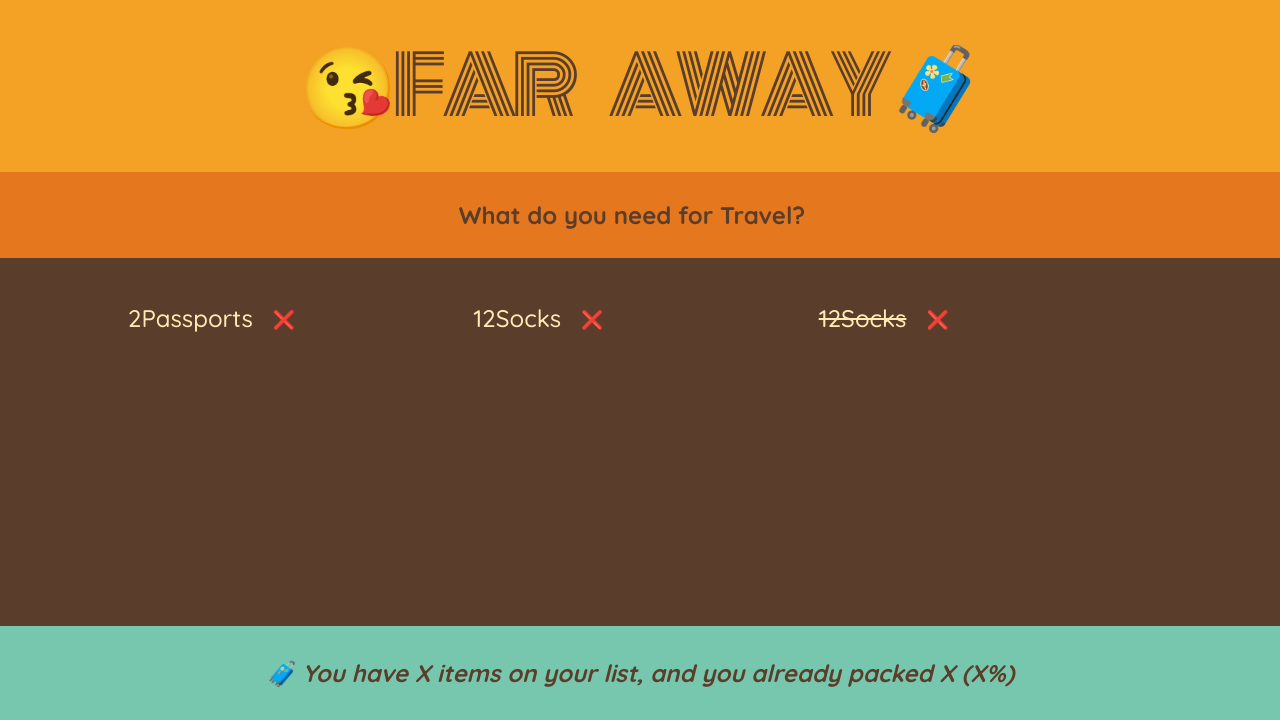
Repository: masamichan/Travel-list
Page: /
An editor plug-in stored every save of this project. The page is shown before and after the next save, followed by the edit.
The browser window is 1280 px wide. The pictures show the whole page.
The project was rebuilt for these pictures with package versions that can differ from the ones it lists, and the page was loaded fresh each time.

Above is the page before, as saved 2024-01-02 08:26:40.

After the next save:
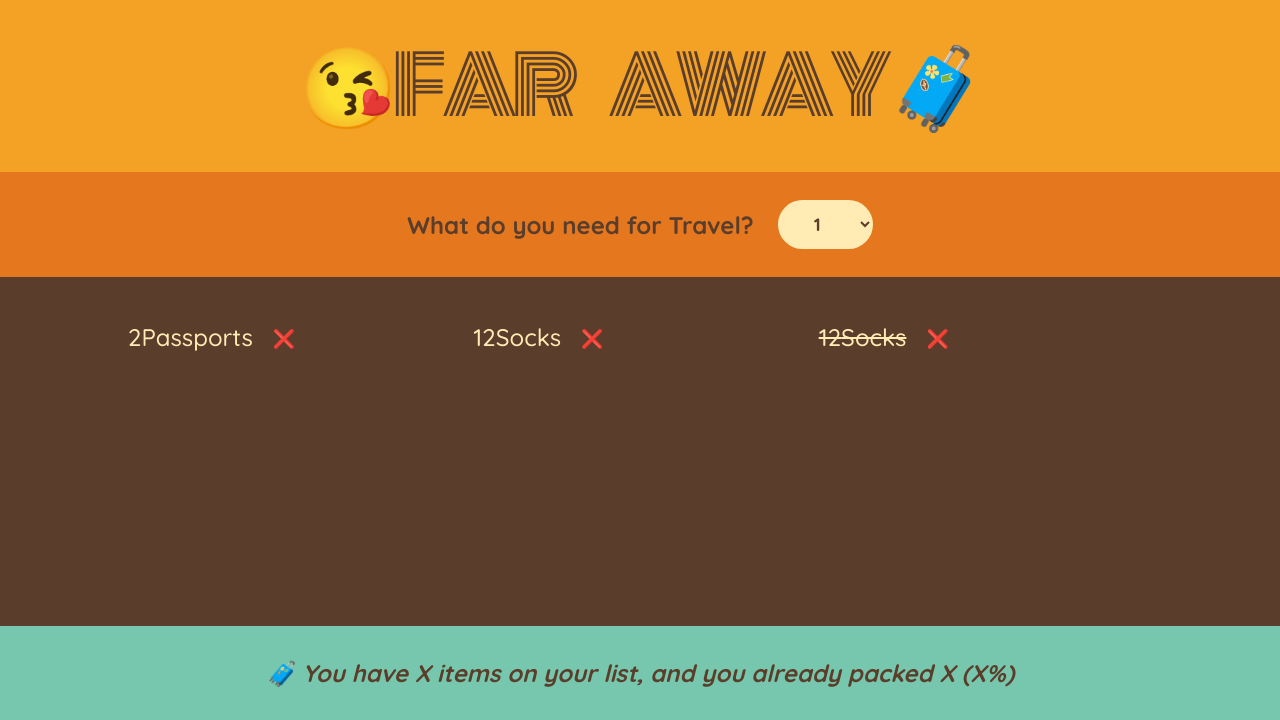
Saved 10 min 47 s later.
--- a/src/App.js
+++ b/src/App.js
@@ -21,9 +21,16 @@
 
 function Form() {
   return (
-    <div className="add-form">
+    <form className="add-form">
       <h3>What do you need for Travel?</h3>
-    </div>
+      <select>
+        <option value={1}>1</option>
+        <option value={2}>2</option>
+        <option value={3}>3</option>
+        <input type="text" placeholder="Item..." />
+        <button>Add</button>
+      </select>
+    </form>
   );
 }
 
